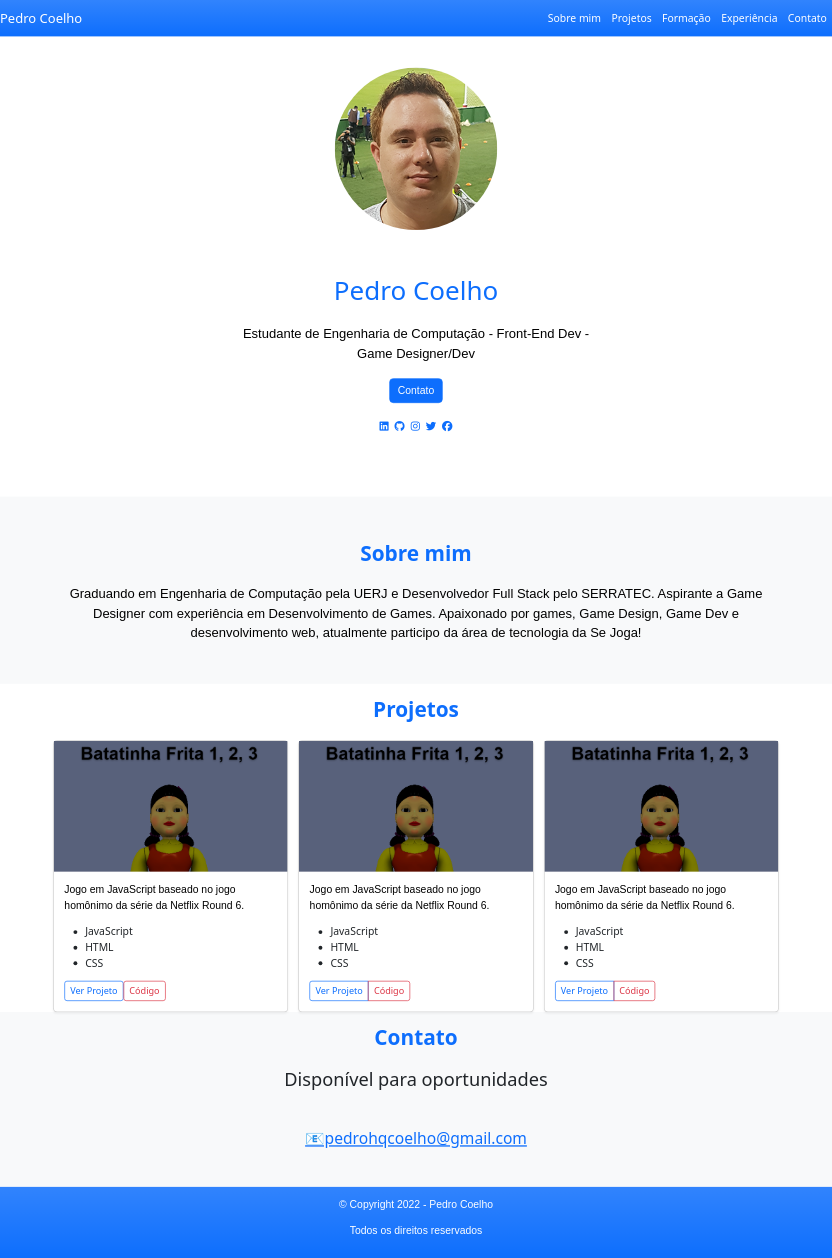
Repository: PedroHQCoelho/portfolio
Page: index.html
An editor plug-in stored every save of this project. The page is shown before and after the next save, followed by the edit.
The browser window is 1280 px wide. The pictures show the whole page, at 65% of full size.
Some web libraries are served in a nearby version.

Above is the page before, as saved 2022-05-26 19:59:51.

### index.html
<!DOCTYPE html>
<html lang="pt-BR">
<head>
    <meta charset="UTF-8">
    <meta http-equiv="X-UA-Compatible" content="IE=edge">
    <meta name="viewport" content="width=device-width, initial-scale=1.0">
    <title>Pedro Coelho - Portfólio</title>
    <link href="https://cdn.jsdelivr.net/npm/bootstrap@5.2.0-beta1/dist/css/bootstrap.min.css" rel="stylesheet" integrity="sha384-0evHe/X+R7YkIZDRvuzKMRqM+OrBnVFBL6DOitfPri4tjfHxaWutUpFmBp4vmVor" crossorigin="anonymous">
    <script src="https://cdn.jsdelivr.net/npm/bootstrap@5.2.0-beta1/dist/js/bootstrap.bundle.min.js" integrity="sha384-pprn3073KE6tl6bjs2QrFaJGz5/SUsLqktiwsUTF55Jfv3qYSDhgCecCxMW52nD2" crossorigin="anonymous"></script>
    <script src="https://cdn.jsdelivr.net/npm/@popperjs/core@2.11.5/dist/umd/popper.min.js" integrity="sha384-Xe+8cL9oJa6tN/veChSP7q+mnSPaj5Bcu9mPX5F5xIGE0DVittaqT5lorf0EI7Vk" crossorigin="anonymous"></script>
    <script src="https://cdn.jsdelivr.net/npm/bootstrap@5.2.0-beta1/dist/js/bootstrap.min.js" integrity="sha384-kjU+l4N0Yf4ZOJErLsIcvOU2qSb74wXpOhqTvwVx3OElZRweTnQ6d31fXEoRD1Jy" crossorigin="anonymous"></script>
    <script src="https://kit.fontawesome.com/65e0a77774.js" crossorigin="anonymous"></script>
    <link rel="stylesheet" href="style.css">
</head>
<body>
    <nav class="navbar navbar-expand-lg navbar-light bg-primary bg-gradient">
        <a class="navbar-brand textoBranco" href="#">Pedro Coelho</a>
        <button class="navbar-toggler" type="button" data-toggle="collapse" data-target="#navbarSupportedContent" aria-controls="navbarSupportedContent" aria-expanded="false" aria-label="Toggle navigation">
          <span class="navbar-toggler-icon"></span>
        </button>

        <div class="collapse navbar-collapse" id="navbarSupportedContent">
          <ul class="navbar-nav me-auto">

          </ul>
          <ul class="navbar-nav">
            <li class="nav-item">
                <a class="nav-link textoBranco" href="#sobre-mim">Sobre mim</a>
            </li>
            <li class="nav-item">
                <a class="nav-link textoBranco" href="#projetos">Projetos</a>
            </li>
            <li class="nav-item">
                <a class="nav-link textoBranco" href="#formacao">Formação</a>
            </li>
            <li class="nav-item">
                <a class="nav-link textoBranco" href="#experiencia">Experiência</a>
            </li>
            <li class="nav-item">
                <a class="nav-link textoBranco" href="#contato">Contato</a>
            </li>
          </ul>
        </div>
    </nav>

    <section class="py-5 text-center container">
        <img class="foto-perfil" src="img/foto-rosto.png" alt="foto perfil">
        <div class="row py-lg-5">
            <div class="col-lg-6 col-md-8 mx-auto">
            <h1 class="fw-light titulosAzuis">Pedro Coelho</h1>
            <p class="lead">Estudante de Engenharia de Computação - Front-End Dev - Game Designer/Dev</p>
            <p>
              <a href="#contato" class="btn btn-primary my-2">Contato</a>
            </p>
            <a href="https://www.linkedin.com/in/pedrohqcoelho/" target="_blank" title="Linkedin - Pedro Coelho"><i class="fab fa-linkedin"></i></a>
            <a href="https://github.com/PedroHQCoelho" target="_blank" title="Github - PedroHQCoelho"><i class="icones fab fa-github"></i></a>
            <a href="https://www.instagram.com/pedro.hq.coelho/" target="_blank" title="Instagram - @pedro.hq.coelho"><i class="icones fab fa-instagram"></i></a>
            <a href="https://twitter.com/pedrohqcoelho" target="_blank" title="Twitter - @pedrohqcoelho"><i class="icones fab fa-twitter"></i></a>
            <a href="https://www.facebook.com/pedrohqcoelho" target="_blank" title="Facebook - Pedro Coelho"><i class="icones fab fa-facebook"></i></a>
          </div>
        </div>
    </section>

    <!--Sobre mim-->
    <div class="album py-5 bg-light" id="sobre-mim">


        <section class="jumbotron text-center">
          <div class="container">
            <h2 class="jumbotron-heading titulosAzuis">Sobre mim</h2>
            <p class="lead">
              Graduando em Engenharia de Computação pela UERJ e Desenvolvedor Full Stack pelo SERRATEC.
              Aspirante a Game Designer com experiência em Desenvolvimento de Games.
              Apaixonado por games, Game Design, Game Dev e desenvolvimento web, atualmente participo da área de tecnologia da Se Joga!
            </p>
          </div>
        </section>
      </div>

        <!--Projetos-->

        <div class="container" id="projetos">
          <h2 class="jumbotron-heading text-center titulosAzuis">Projetos</h2>
          <div class="row row-cols-1 row-cols-sm-2 row-cols-md-3 g-3">
            <div class="col">
              <div class="card shadow-sm">
                <img src="img/batatinhafrita123.png" alt="">
                <div class="card-body">
                  <p class="card-text">Jogo em JavaScript baseado no jogo homônimo da série da Netflix Round 6.</p>
                  <ul>
                    <li>JavaScript</li>
                    <li>HTML</li>
                    <li>CSS</li>
                  </ul>
                  <div class="d-flex justify-content-between align-items-center">
                    <div class="btn-group">
                      <a href="https://batatinha-frita-1-2-3.netlify.app/" target="_blank" rel="noopener noreferrer">
                        <button type="button" class="btn btn-sm btn-outline-primary">Ver Projeto</button>
                      </a>
                      <a href="https://github.com/PedroHQCoelho/batatinha-frita-1-2-3" target="_blank" rel="noopener noreferrer">
                        <button type="button" class="btn btn-sm btn-outline-danger">Código</button>
                      </a>
                    </div>
                  </div>
                </div>
              </div>
            </div>
            <div class="col">
              <div class="card shadow-sm">
                <img src="img/batatinhafrita123.png" alt="">
                <div class="card-body">
                  <p class="card-text">Jogo em JavaScript baseado no jogo homônimo da série da Netflix Round 6.</p>
                  <ul>
                    <li>JavaScript</li>
                    <li>HTML</li>
                    <li>CSS</li>
                  </ul>
                  <div class="d-flex justify-content-between align-items-center">
                    <div class="btn-group">
                      <button type="button" class="btn btn-sm btn-outline-primary">Ver Projeto</button>
                      <button type="button" class="btn btn-sm btn-outline-danger">Código</button>
                    </div>
                  </div>
                </div>
              </div>
            </div>
            <div class="col">
              <div class="card shadow-sm">
                <img src="img/batatinhafrita123.png" alt="">
                <div class="card-body">
                  <p class="card-text">Jogo em JavaScript baseado no jogo homônimo da série da Netflix Round 6.</p>
                  <ul>
                    <li>JavaScript</li>
                    <li>HTML</li>
                    <li>CSS</li>
                  </ul>
                  <div class="d-flex justify-content-between align-items-center">
                    <div class="btn-group">
                      <button type="button" class="btn btn-sm btn-outline-primary">Ver Projeto</button>
                      <button type="button" class="btn btn-sm btn-outline-danger">Código</button>
                    </div>
                  </div>
                </div>
              </div>
            </div>

          </div>
        </div>

        <!--Contato-->
        <section>
          <div class="container-fluid bg-light" id="contato">
            <h2 class="jumbotron-heading text-center titulosAzuis">Contato</h2>
            <h3 class="text-center">Disponível para oportunidades</h3>
            <a href="mailto:pedrohqcoelho@gmail.com">
              <h4 class="text-center">📧pedrohqcoelho@gmail.com</h4>
            </a>
          </div>
        </section>

        <!--Footer-->
        <footer class="text-center bg-primary bg-gradient textoFooter">
          <p class="textoBranco">© Copyright 2022 - Pedro Coelho</p>
          <p class="textoBranco">Todos os direitos reservados</p>
        </footer>
</body>
</html>

### style.css
html {
    scroll-behavior: smooth;
}

.foto-perfil {
    height: 100%;
    width: auto;
    max-width: 100%;
    border-radius: 50%;
}

p {
    font-family:Arial, Helvetica, sans-serif;
    color: black !important;
}

.icones {
    padding-left: 5px;
}

.titulosBrancos {
    text-decoration: underline;
    text-underline-position: below;
    padding-bottom: 20px;
    text-transform: uppercase;
    font-weight: 700;
    color: white;
}

.titulosAzuis {
    padding: 20px;
    font-weight: 700;
    color: #0d6efd;
}

.textoBranco {
    color: white !important;
}

.jumbotron {
    margin-bottom: 0px;
}

.textoFooter {
    margin: 0;
    padding: 15px 0px 15px 0;
}

h3, h4 {
    padding-bottom: 60px;
    margin-bottom: 0;
}

After the next save:
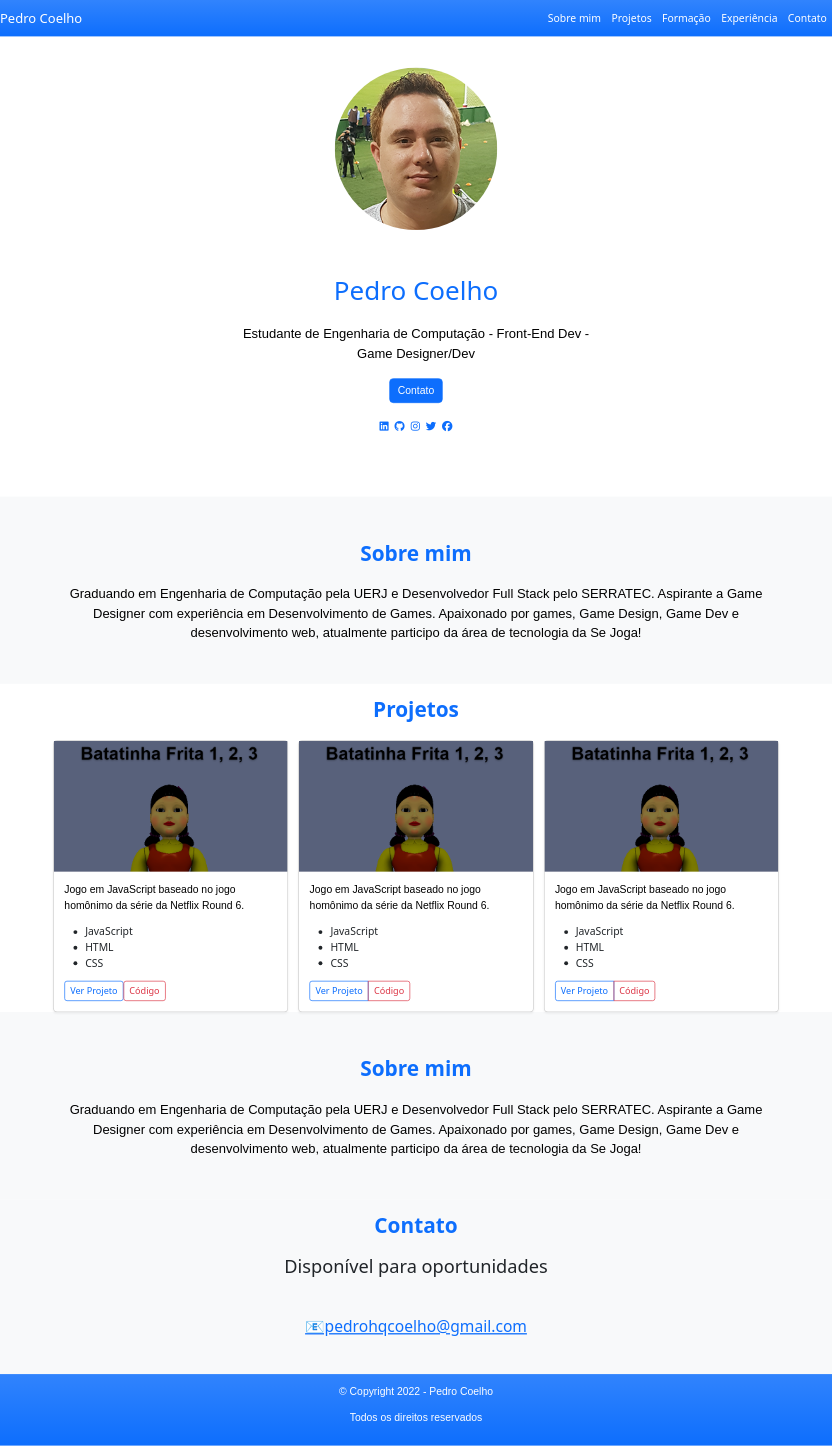
Saved 2 min 52 s later.
--- a/index.html
+++ b/index.html
@@ -77,7 +77,7 @@
         </section>
       </div>
 
-        <!--Projetos-->
+    <!--Projetos-->
 
         <div class="container" id="projetos">
           <h2 class="jumbotron-heading text-center titulosAzuis">Projetos</h2>
@@ -143,11 +143,26 @@
                 </div>
               </div>
             </div>
-
           </div>
         </div>
 
-        <!--Contato-->
+        <!--Sobre mim-->
+    <div class="album py-5 bg-light" id="sobre-mim">
+
+
+        <section class="jumbotron text-center">
+          <div class="container">
+            <h2 class="jumbotron-heading titulosAzuis">Sobre mim</h2>
+            <p class="lead">
+              Graduando em Engenharia de Computação pela UERJ e Desenvolvedor Full Stack pelo SERRATEC.
+              Aspirante a Game Designer com experiência em Desenvolvimento de Games.
+              Apaixonado por games, Game Design, Game Dev e desenvolvimento web, atualmente participo da área de tecnologia da Se Joga!
+            </p>
+          </div>
+        </section>
+      </div>
+
+    <!--Contato-->
         <section>
           <div class="container-fluid bg-light" id="contato">
             <h2 class="jumbotron-heading text-center titulosAzuis">Contato</h2>
